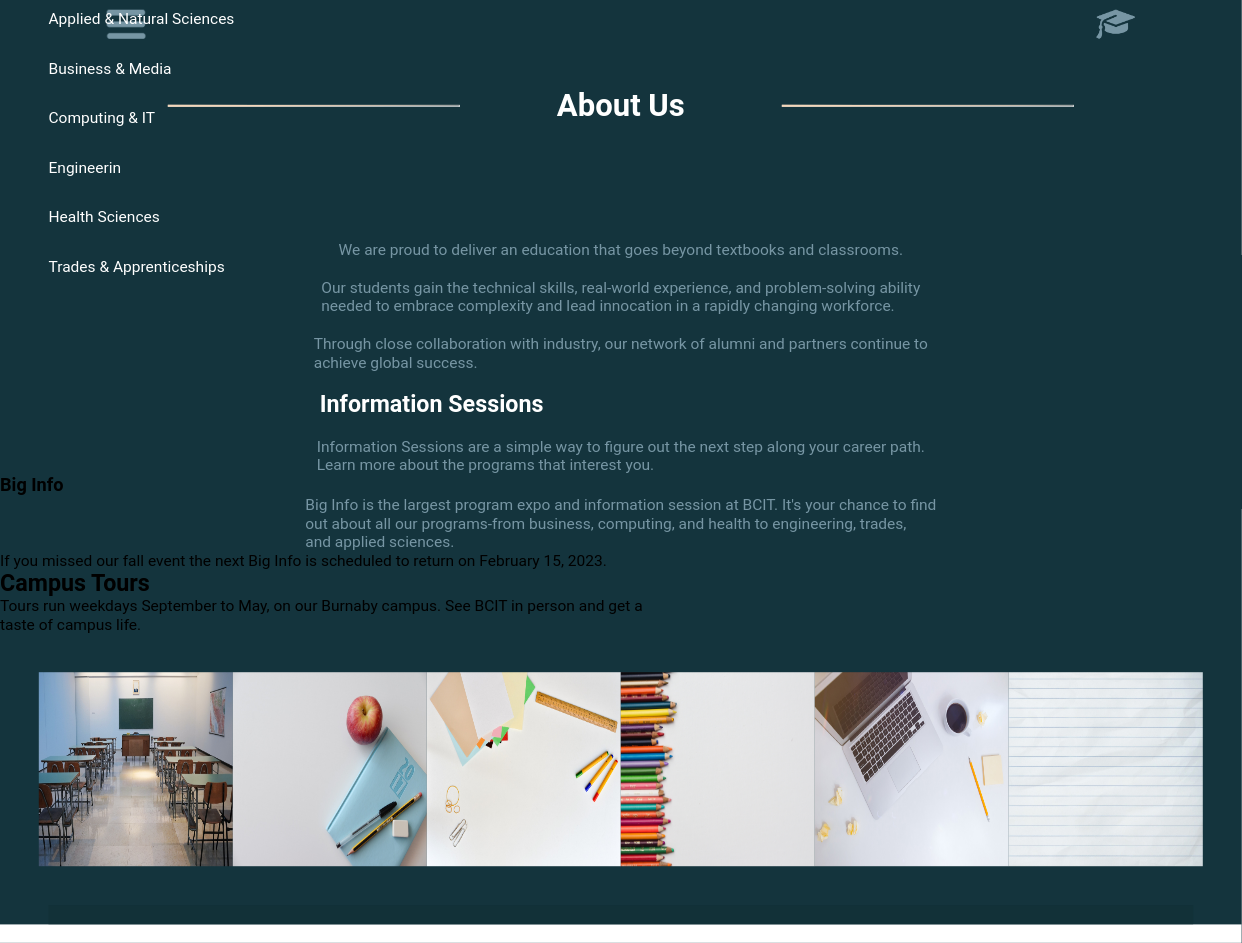
Repository: Sheraliramzan/Aly_A01253508_Assignment1
Page: /about
An editor plug-in stored every save of this project. The page is shown before and after a run of saves, followed by the edit.
The browser window is 1280 px wide. The pictures show the whole page, at 97% of full size.
The project was rebuilt for these pictures with package versions that can differ from the ones it lists, and the page was loaded fresh each time. The framework's server and built-in components were replaced by stand-ins that run in the browser. Also part of the build but not shown: next.config.js.

Above is the page before, as saved 2023-02-05 08:54:49.

After the next 4 saves:
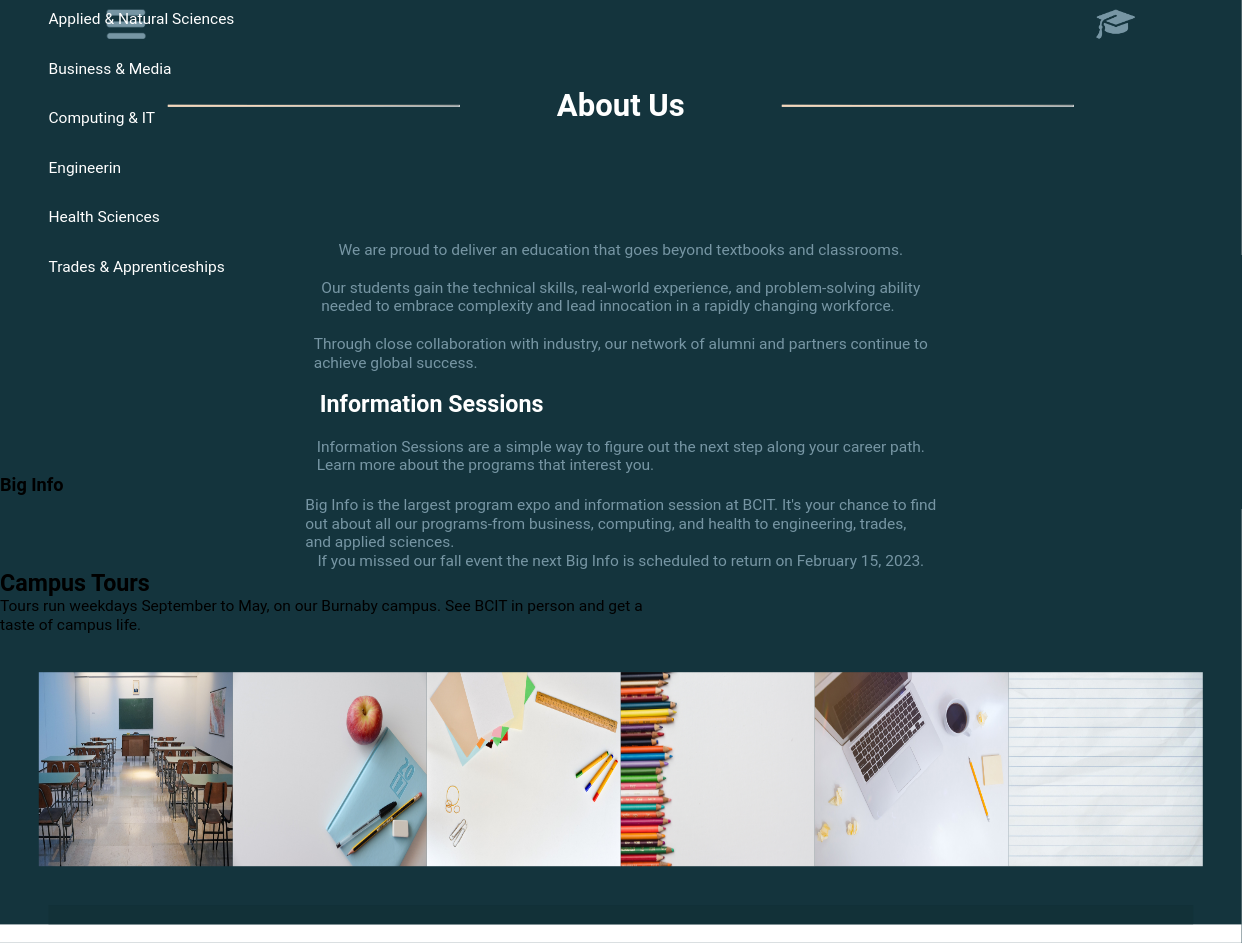
The 4 saves are shown as one change because they came seconds apart.
The last was saved 15 s later.
--- a/pages/about.js
+++ b/pages/about.js
@@ -45,7 +45,7 @@ const About = () => {
                 trades,
                 <br /> and applied sciences.
               </p>
-              <p>If you missed our fall event the next Big Info is scheduled to
+              <p className='para3'>If you missed our fall event the next Big Info is scheduled to
                 return on February 15, 2023.
               </p>
               <h2>Campus Tours</h2>
